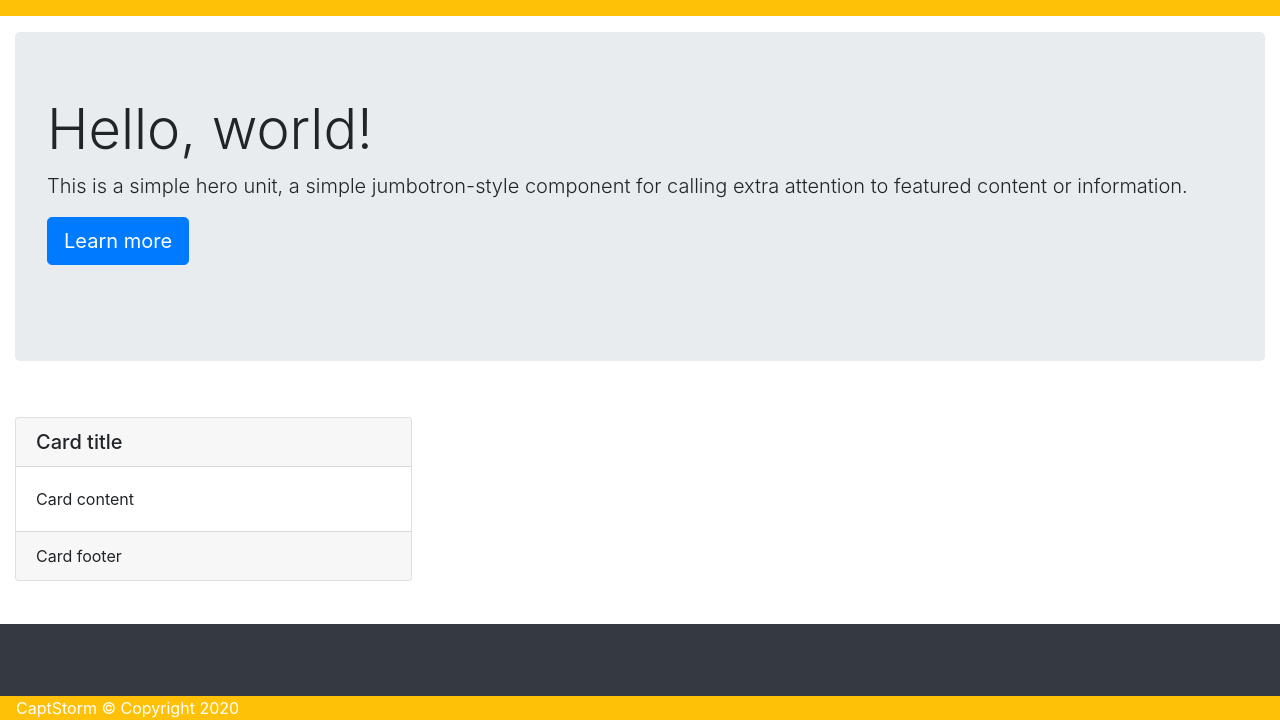
Repository: CaptainStorm21/complete-react16-bootstrap-passing-props
Page: /
An editor plug-in stored every save of this project. The page is shown before and after a run of saves, followed by the edit.
The browser window is 1280 px wide. The pictures show the whole page.
The project was rebuilt for these pictures with package versions that can differ from the ones it lists, and the page was loaded fresh each time.

Above is the page before, as saved 2020-04-23 14:07:39.

### public/index.html
<!DOCTYPE html>
<html lang="en">
<head>
  <title>Bootstrap Example</title>
  <meta charset="utf-8">
  <meta name="viewport" content="width=device-width, initial-scale=1">
  <link rel="stylesheet" href="https://maxcdn.bootstrapcdn.com/bootstrap/4.4.1/css/bootstrap.min.css">
  <script src="https://ajax.googleapis.com/ajax/libs/jquery/3.4.1/jquery.min.js"></script>
  <script src="https://cdnjs.cloudflare.com/ajax/libs/popper.js/1.16.0/umd/popper.min.js"></script>
  <script src="https://maxcdn.bootstrapcdn.com/bootstrap/4.4.1/js/bootstrap.min.js"></script>
</head>
<body>
<div id="root"></div>

</body>
</html>

### src/index.js
import React from 'react';
import ReactDOM from 'react-dom';
import './style.css';
import App from './App';
import * as serviceWorker from './serviceWorker';


ReactDOM.render(
  <React.StrictMode>
    <App />
  </React.StrictMode>,
  document.getElementById('root')
);

// If you want your app to work offline and load faster, you can change
// unregister() to register() below. Note this comes with some pitfalls.
// Learn more about service workers: https://bit.ly/CRA-PWA
serviceWorker.unregister();

### src/style.css




body {
  margin: 0;
  font-family: -apple-system, BlinkMacSystemFont, 'Segoe UI', 'Roboto', 'Oxygen',
    'Ubuntu', 'Cantarell', 'Fira Sans', 'Droid Sans', 'Helvetica Neue',
    sans-serif;
  -webkit-font-smoothing: antialiased;
  -moz-osx-font-smoothing: grayscale;
}

.footer {
  position: absolute;
  bottom: 0;
  width: 100%;
  height: 60px; /* Set the fixed height of the footer here */
  line-height: 60px; /* Vertically center the text there */
  background-color: purple;
}

### src/App.js
import React from "react";
import Main from "./components/Main";
import ContanerCard from "./components/ContainerCard";

import Header from "./components/layout/Header";
import Footer from "./components/layout/Footer";

function App() {
  return (
    <div>
      <Header />
      <div classNameName="container-fluid">
        <div className="col-lg-12 py-3">
          <Main />
        </div>
        <div className="container-fluid">
          <div className="row">
            <ContanerCard />
          </div>
        </div>
        <Footer />
      </div>
    </div>
  );
}

export default App;

### src/components/Main.js
import React from "react";

function Main() {
  return (
    <div className="jumbotron">
      <h1 className="display-4">Hello, world!</h1>
      <p className="lead">
        This is a simple hero unit, a simple jumbotron-style component for
        calling extra attention to featured content or information.
        <p className = "py-3">
        <a className="btn btn-primary btn-lg" href="#" role="button">
          Learn more
        </a>
        </p>
      </p>
    </div>
  );
}

export default Main;

### src/components/ContainerCard.js
import React from "react";

function ContainerCard() {
  return (
    <div className="col-md-4 col-lg-4 py-2">
    <div className="card">
      <h5 className="card-header">Card title</h5>
      <div className="card-body">
        <p className="card-text">Card content</p>
      </div>
      <div className="card-footer">Card footer</div>
    </div>
    </div>
  );
}

export default ContainerCard;

### src/components/layout/Header.js
import React from "react";
import Navbar from "./Navbar";

function Header() {
  return (
<nav className="navbar navbar-default bg-warning" role="navigation">
              <Navbar />
    </nav>
  );
}

export default Header;

### src/components/layout/Footer.js
import React from "react";

function Footer() {
  return (
    <footer className="bg-dark py-5 fixed-bottom ">
      <div className="container"></div>
      <div className="container-fluid">
        <div className="row bg-info">
        <div className="bg-warning fixed-bottom">
          <span className="p-3 text-white">
            CaptStorm &copy; Copyright 2020
          </span>
        </div>        </div>
      </div>
    </footer>
  );
}

export default Footer;

### src/components/layout/Navbar.js
import React from "react";
import "./Nav.css";

function Navbar() {
  return (
    <>
  </>
)
}

export default Navbar;

### src/components/layout/Nav.css
@media (min-width: 768px) {
    .navbar-nav {
      width: 100%;
      text-align: center;
    }
    .navbar-nav > li {
      float: none;
      display: inline-block;
    }
    .navbar-nav > li.navbar-right {
      float: right !important;
    }
  }

Loaded but not shown: src/serviceWorker.js (common file)

After the next 3 saves:
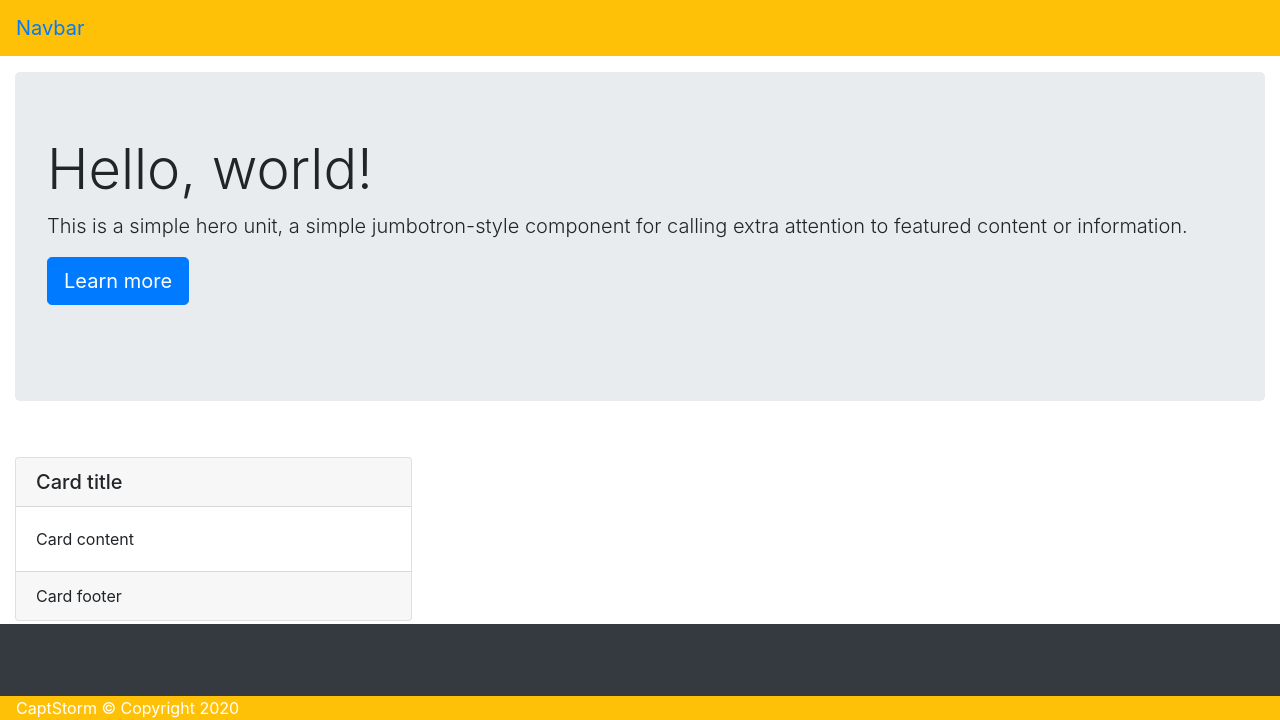
The 3 saves are shown as one change because 1 did not build or start and some came seconds apart.
The last was saved 48 s later.
--- a/src/components/layout/Navbar.js
+++ b/src/components/layout/Navbar.js
@@ -4,6 +4,28 @@
 function Navbar() {
   return (
     <>
+      <a className="navbar-brand" href="#">Navbar</a>
+  <button className="navbar-toggler" type="button" data-toggle="collapse" data-target="#navbarTogglerDemo02" aria-controls="navbarTogglerDemo02" aria-expanded="false" aria-label="Toggle navigation">
+    <span className="navbar-toggler-icon"></span>
+  </button>
+
+  <div className="collapse navbar-collapse" id="navbarTogglerDemo02">
+    <ul className="navbar-nav mr-auto mt-2 mt-lg-0">
+      <li className="nav-item active">
+        <a className="nav-link" href="#">Home <span className="sr-only">(current)</span></a>
+      </li>
+      <li className="nav-item">
+        <a className="nav-link" href="#">Link</a>
+      </li>
+      <li className="nav-item">
+        <a className="nav-link disabled" href="#">Disabled</a>
+      </li>
+    </ul>
+    <form className="form-inline my-2 my-lg-0">
+      <input className="form-control mr-sm-2" type="search" placeholder="Search" />
+      <button className="btn btn-outline-success my-2 my-sm-0" type="submit">Search</button>
+    </form>
+  </div>
   </>
 )
 }

After the 3 saves that followed:
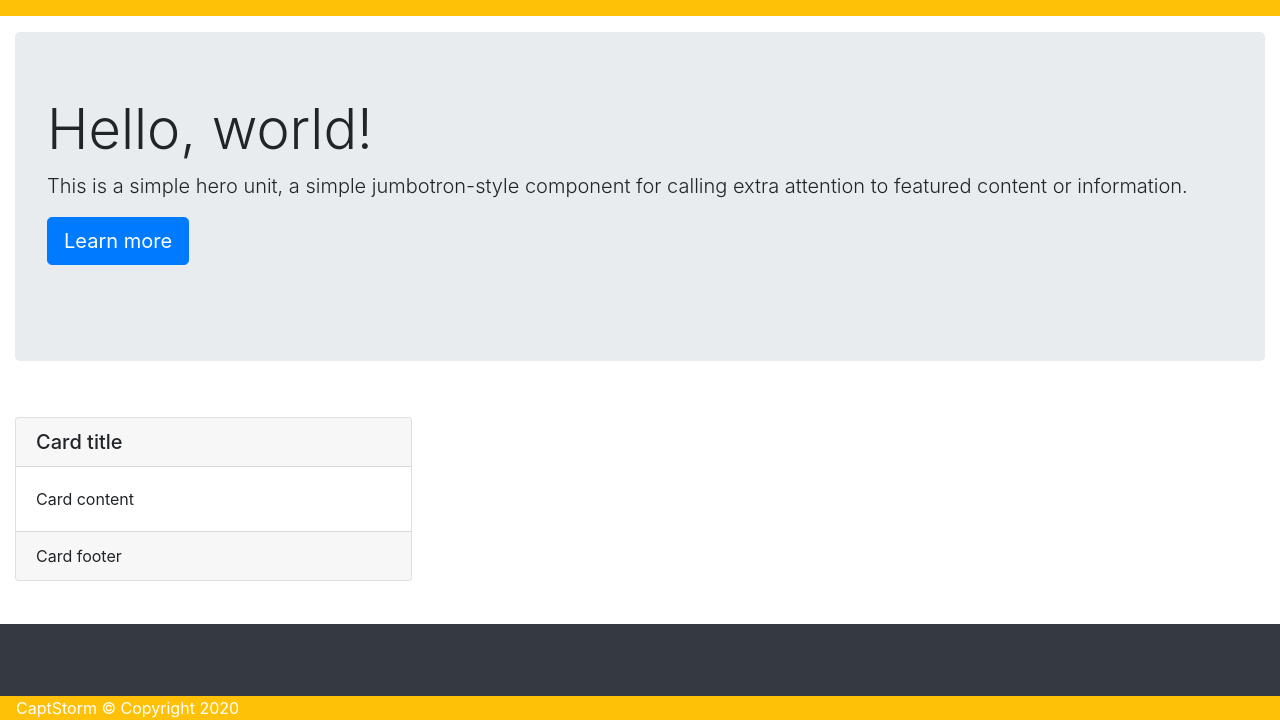
The 3 saves are shown as one change because 1 did not build or start and some came seconds apart.
The last was saved 68 s later.
--- a/src/components/layout/Navbar.js
+++ b/src/components/layout/Navbar.js
@@ -4,12 +4,7 @@
 function Navbar() {
   return (
     <>
-      <a className="navbar-brand" href="#">Navbar</a>
-  <button className="navbar-toggler" type="button" data-toggle="collapse" data-target="#navbarTogglerDemo02" aria-controls="navbarTogglerDemo02" aria-expanded="false" aria-label="Toggle navigation">
-    <span className="navbar-toggler-icon"></span>
-  </button>
-
-  <div className="collapse navbar-collapse" id="navbarTogglerDemo02">
+     <div className="collapse navbar-collapse" id="navbarTogglerDemo03">
     <ul className="navbar-nav mr-auto mt-2 mt-lg-0">
       <li className="nav-item active">
         <a className="nav-link" href="#">Home <span className="sr-only">(current)</span></a>
@@ -22,7 +17,7 @@
       </li>
     </ul>
     <form className="form-inline my-2 my-lg-0">
-      <input className="form-control mr-sm-2" type="search" placeholder="Search" />
+      <input className="form-control mr-sm-2" type="search" placeholder="Search" aria-label="Search" />
       <button className="btn btn-outline-success my-2 my-sm-0" type="submit">Search</button>
     </form>
   </div>
